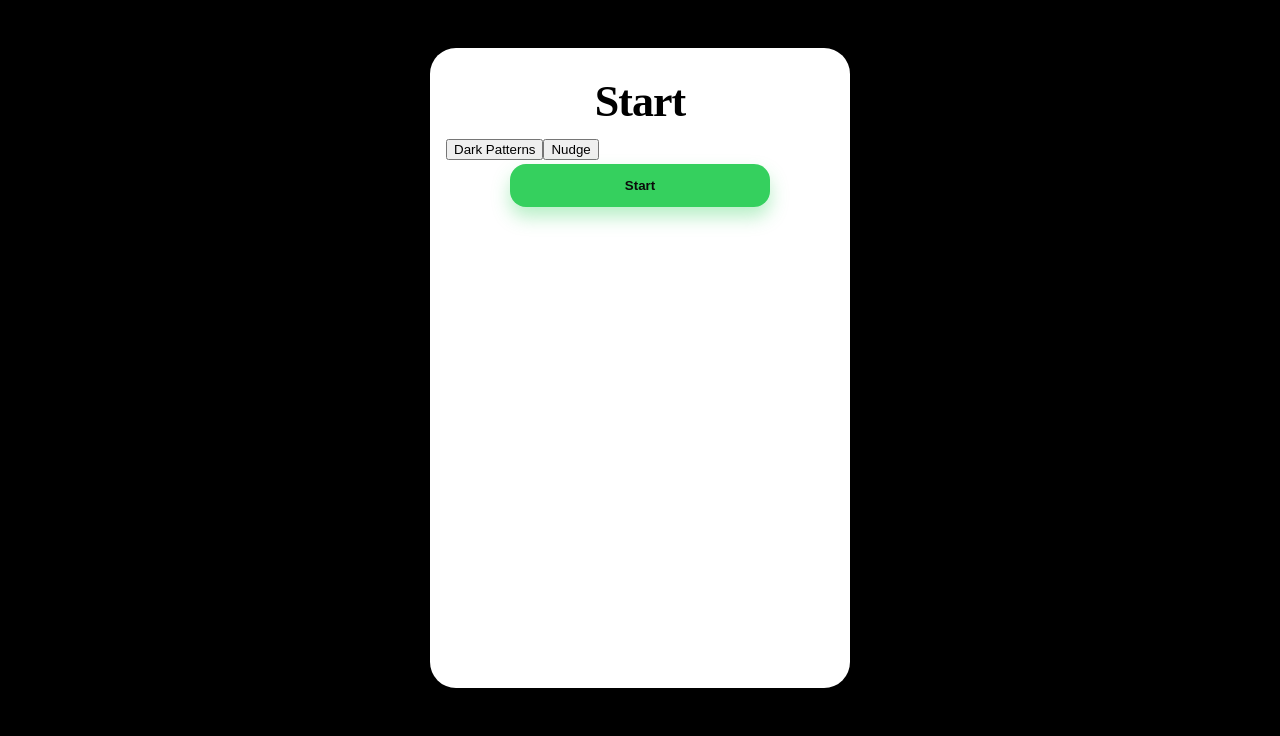
Repository: alexibri/ba_decision_study
Page: /
The author's editor kept a copy of each file at every save. The page is drawn from the files as they stood at one save, then again after a run of saves.
The browser window is 1280 px wide. The pictures show the whole page.
The page's requests for data from a server got no answer. The project was rebuilt for these pictures with package versions that can differ from the ones it lists, and the page was loaded fresh each time. No one was signed in, and anything a server would have sent is missing. Also part of the build but not shown: vite.config.js, src/scenarios/Scenario1/S1Dark1.jsx, src/scenarios/Scenario1/S1Nudge1.jsx, src/scenarios/Scenario1/S1Dark2.jsx, src/scenarios/Scenario1/S1Nudge2.jsx, src/scenarios/Scenario1/S1Transition.jsx, src/scenarios/Scenario2/S2Dark1.jsx, src/scenarios/Scenario2/S2Nudge1.jsx and 7 more.

Above is the page before, as saved 2026-02-07 15:43:37.

### index.html
<!doctype html>
<html lang="en">
  <head>
    <meta charset="UTF-8" />
    <link rel="icon" type="image/svg+xml" href="/vite.svg" />
    <meta name="viewport" content="width=device-width, initial-scale=1.0" />
    <title>ba_decision_study</title>
  </head>
  <body>
    <div id="root"></div>
    <script type="module" src="/src/main.jsx"></script>
  </body>
</html>

### src/main.jsx
import { StrictMode } from 'react'
import { createRoot } from 'react-dom/client'
import App from './App.jsx'
import {BrowserRouter} from "react-router-dom"
import React from "react";
import ReactDOM from "react-dom/client"

createRoot(document.getElementById('root')).render(
  <StrictMode>
    <BrowserRouter>
      <App />
    </BrowserRouter>
  </StrictMode>,
)

### src/App.jsx
import supabase from './supabase-client'
import {Routes,Route, Navigate} from "react-router-dom"

import Start from './pages/Start'
import Scenario from './pages/Scenario'
import End from './pages/End'

function App() {
  return (
    <>
      <main className="main-content">
      <Routes>
        <Route path="/" element={<Start />}/>
        <Route path="/scenario/:sid/step/:stepid" element={<Scenario />}/>
        <Route path="/end" element={<End />}/>

        <Route path="*" element={<Navigate to="/" replace />} />
      </Routes>
      </main>
    </>
  )
}
export default App

### src/supabase-client.js
import {createClient} from '@supabase/supabase-js'

const supabaseUrl = import.meta.env.VITE_SUPABASE_URL
const supabaseKey = import.meta.env.VITE_SUPABASE_ANON_KEY

const supabase = createClient(supabaseUrl,supabaseKey);

export default supabase;

### src/pages/Start.jsx
import { useNavigate } from "react-router-dom";
import { setGroup } from "../lib/assignment";
import "../css/Start.css"
import { useState } from "react";

export default function Start () {
    const navigate = useNavigate();

    const createRun = async (designStrategy) => {
        const newRunData = {
            run_status:"started",
            design_strategy_id:designStrategy
        }
        const {data, error} = await supabase
        .from("run")
        .insert([newRunData])
        .select("run_id, run_token")
        .single();

        if(error) {
            console.log("Error adding run ", error);
            return null;
        }
        return data
    };

    const startDark = async () => {
        /*const run = await createRun(1);
        if (!run) return;

        localStorage.setItem("run_id",String(run.run_id))
        localStorage.setItem("run_token",run.run_token)*/

        setGroup("dark");
        navigate("/scenario/1/step/1")
    }

    const startNudge = async () => {
        /*const run = await createRun(2);
        if(!run) return

        localStorage.setItem("run_id",String(run.run_id))
        localStorage.setItem("run_token",run.run_token)*/

        setGroup("nudge");
        navigate("/scenario/1/step/1")
    }

    return(
        <div className="start fade-in">
            <div className="s1screen">
                <div className="s1card">
                    <h1>Start</h1>
            <div className="stack">
                <button className="button" onClick={startDark}>Dark Patterns</button>
                <button className="button" onClick={startNudge}>Nudge</button>

                <div className="s1buttonPopUp">
                    <button className="s1accept" onClick={() => navigate("/")}>
                        Start
                    </button>
                    </div>
            </div>
                </div>

            </div>
        </div>
    )
}

### src/lib/assignment.js
const KEY = "study_group"

export function setGroup(group) {
    localStorage.setItem(KEY,group)
}

export function getGroup(){
    return localStorage.getItem(KEY);
}

### src/css/Start.css
* { box-sizing: border-box; }

.s1screen{
  min-height: 100vh;
  background: #000;
  display: flex;
  justify-content: center;
  padding: 18px 14px;
}

.s1card{
  width: 100%;
  max-width: 420px;
  background: #fff;
  border-radius: 26px;
  padding: 18px 16px 16px;
  display: flex;
  flex-direction: column;
  gap: 12px;
}

.s1card h1{
  margin: 6px 0 4px;
  text-align: center;
  font-size: 44px;
  font-weight: 900;
  letter-spacing: -1px;
}

.innerCard{
  background: #efefef;
  border-radius: 28px;
  padding: 18px 18px 22px;
  display: flex;
  flex-direction: column;
  gap: 18px;
  min-height: 72vh;
}

.s1cardHeader{
  display: flex;
  align-items: center;
  gap: 14px;
  padding-top: 6px;
  font-weight: 800;
}


.s1cardHeader:first-child svg{
  background: #ddd;
  border-radius: 999px;
  padding: 10px;
  width: 56px;
  height: 56px;
}

.s1cardHeader h2{
  margin: 0;
  font-size: 20px;
  font-weight: 900;
  line-height: 1.1;
}

.s1cardHeader p{
  display: none;
}

.question{
    font-weight: 900;
    font-size: 25px;
}

.accountRow{
  display: flex;
  flex-direction: column;
  gap: 4px;
}

.accountRow .label{
  font-size: 20px;
  font-weight: 900;
}

.accountRow .value{
  font-size: 22px;
  font-weight: 900;
}

.infoBlock{
  display: flex;
  flex-direction: column;
  gap: 4px;
  font-weight: 900;
}

.infoBlock .label{
  font-size: 20px;
}

.infoBlock .value{
  font-size: 22px;
}

.s1button{
  margin-top: auto;
  display: flex;
  flex-direction:row;
  gap: 12px;
}

.s1buttonPopUp{
  display: flex;
  flex-direction:row;
  gap: 12px;
  padding: 1%;
  align-items: center;
  justify-content: center;
}

.s1button button{
  width: 100%;
  border: none;
  border-radius: 999px;
  padding: 14px 18px;
  font-size: 18px;
  font-weight: 900;
  cursor: pointer;
}

.btnSecondary{
  background: #6f6f6f;
  color: #fff;
}

.s1accept{
  background: #35d05e;
  color: #0b0b0b;
  box-shadow: 0 10px 18px rgba(53, 208, 94, 0.28);
}

.s1accept:active,
.btnSecondary:active{
  transform: translateY(1px);
}

.popUp{
    background: lightgray;
    flex: 1;
    border-radius: 26px;
    padding: 5%;

    display: flex;
    flex-direction: column;
    gap: 12px;

}

@media (min-width: 900px){
  .s1screen{ padding: 40px 16px; }
  .innerCard{ min-height: 640px; }
}

.fade-in{
  animation: fadeIn 440ms ease-out both;
}

@keyframes fadeIn{
  from{
    transform: translateY(1px);
  }
  to{
    transform: translateY(0);
  }
}

### src/css/scenario1.css
* { box-sizing: border-box; }

.s1screen{
  min-height: 100vh;
  outline: 10px solid black;
  background: #000000;

  display: flex;
  flex-direction: column;
  align-items: center;
}

.s1screen h1{
  margin: 10px 0 0;
}

.s1card{
  width: 100%;
  max-width: 420px;
  background: #fff;
  border-radius: 26px;
  padding: 18px 16px 16px;
  display: flex;
  flex-direction: column;
  gap: 12px;
}

.s1cardInner{
  width: 100%;
  background: #35d05e;
  display: flex;
}

.s1cardHeader{
  display: flex;
  justify-content: center;
  padding-bottom: 3%;
  padding-top: 5%;
  font-weight:bold;
}

.s1subtitle{
  margin: 0;
  font-size: 22px;
}
.s1transitionSubtitle{
  font-size: 40px;
}

.s1button{
  display: flex;
  justify-content: center;
}

.s1accept{
  width: 70%;
  max-width: 260px;
  padding: 14px 18px;
  border: none;
  border-radius: 16px;
  background: #35d05e;
  /*color: #0b0b0b;*/
  color:
  font-size: 22px;
  font-weight: 900;
  cursor: pointer;
  box-shadow: 0 10px 18px rgba(53, 208, 94, 0.35);
}

.s1accept:active{
  transform: translateY(1px);
}

.s1scroll{
  flex: 1;
  overflow: auto;
  font-size: 12px;
  line-height: 1.45;
  color: #2c2c2c;
  padding-right: 6px;
}

.s1scroll::-webkit-scrollbar{ width: 8px; }
.s1scroll::-webkit-scrollbar-thumb{ background:#cfcfcf; border-radius:999px; }
.s1scroll::-webkit-scrollbar-track{ background: transparent; }

.s1buttons{
  display: flex;
  justify-content: center;
  margin-top: 2px;
}

.s1termsAndConditions{
  align-self: flex-start;
  border: none;
  background: transparent;
  color: #4b4b4b;
  font-size: 12px;
  font-weight: 600;
  cursor: pointer;
  padding: 6px 8px;
  opacity: 0.85;
}

.s1termsAndConditions:hover{
  opacity: 1;
  text-decoration: underline;
}

.s1decline{
  align-self: flex-start;
  border: none;
  background: transparent;
  color: #4b4b4b;
  font-size: 9px;
  font-weight: 600;
  cursor: pointer;
  padding: 6px 8px;
  opacity: 0.85;
}

.s1accept:focus-visible,
.s1termsAndConditions:focus-visible,
.s1decline:focus-visible{
  outline: 3px solid rgba(0,0,0,0.35);
  outline-offset: 3px;
}

@media (min-width: 900px){
  .s1screen{
    padding: 40px 16px;
  }
  .s1card{
    min-height: 640px;
  }
}

.fade-in{
  animation: fadeIn 440ms ease-out both;
}

@keyframes fadeIn{
  from{
    transform: translateY(1px);
  }
  to{
    transform: translateY(0);
  }
}

### src/css/scenario2.css
* { box-sizing: border-box; }

.s2screen{
  min-height: 100vh;
  outline: 10px solid black;
  background: #000000;

  display: flex;
  flex-direction: column;
  align-items: center;
}

.s2card{
  width: 100%;
  max-width: 420px;
  background: #fff;
  border-radius: 26px;
  padding: 18px 16px 16px;
  display: flex;
  flex-direction: column;
  gap: 12px;
}

.s2card h1{
  margin: 6px 0 4px;
  text-align: center;
  font-size: 44px;
  font-weight: 900;
  letter-spacing: -1px;
}


.s2cardInner{
  width: 100%;
  background: #35d05e;
  display: flex;
}

.s2cardHeader{
  display: flex;
  justify-content: center;
  padding-bottom: 3%;
  padding-top: 5%;
  font-weight:bold;
}

.s2cardStack {
    display: flex;
    flex-direction: column;
    gap: 25px;
    padding: 10%;
    align-items: center;
}

.s2subtitle{
  margin: 0;
  font-size: 10px;
}
.s2transitionSubtitle{
  font-size: 40px;
}

.s2button{
  display: flex;
  justify-content: center;
  padding: 2%;
}

.s2accept{
  width: 70%;
  max-width: 260px;
  padding: 14px 18px;
  border: none;
  border-radius: 16px;
  background: #35d05e;
  color: #0b0b0b;
  font-size: 22px;
  font-weight: 900;
  cursor: pointer;
  box-shadow: 0 10px 18px rgba(53, 208, 94, 0.35);
}

.s2accept:active{
  transform: translateY(1px);
}

.s2scroll{
  flex: 1;
  overflow: auto;
  font-size: 12px;
  line-height: 1.45;
  color: #2c2c2c;
  padding-right: 6px;
}

.s2scroll::-webkit-scrollbar{ width: 8px; }
.s2scroll::-webkit-scrollbar-thumb{ background:#cfcfcf; border-radius:999px; }
.s2scroll::-webkit-scrollbar-track{ background: transparent; }

.s2buttons{
  display: flex;
  justify-content: center;
  margin-top: 2px;
}

.s2decline{
  align-self: flex-start;
  border: none;
  background: transparent;
  color: #4b4b4b;
  font-size: 9px;
  font-weight: 600;
  cursor: pointer;
  padding: 6px 8px;
  opacity: 0.85;
}

.s2accept:focus-visible,
.s2termsAndConditions:focus-visible,
.s2decline:focus-visible{
  outline: 3px solid rgba(0,0,0,0.35);
  outline-offset: 3px;
}

@media (min-width: 900px){
  .s2screen{
    padding: 40px 16px;
  }
  .s2card{
    min-height: 640px;
  }
}

.fade-in{
  animation: fadeIn 440ms ease-out both;
}

@keyframes fadeIn{
  from{
    transform: translateY(1px);
  }
  to{
    transform: translateY(0);
  }
}

### src/css/scenario3.css
* { box-sizing: border-box; }

.s3screen{
  outline: 10px solid black;
  min-height: 100vh;
  background: #000;
  display: flex;
  justify-content: center;
  padding: 18px 14px;
}

.s3card{
  width: 100%;
  max-width: 420px;
  background: #fff;
  border-radius: 26px;
  padding: 18px 16px 16px;
  display: flex;
  flex-direction: column;
  gap: 12px;
}

.s3card h1{
  margin: 6px 0 4px;
  text-align: center;
  font-size: 44px;
  font-weight: 900;
  letter-spacing: -1px;
}

.s3innerCard{
  background: #efefef;
  border-radius: 28px;
  padding: 18px 18px 22px;
  display: flex;
  flex-direction: column;
  gap: 18px;
  min-height: 72vh;
}

.s3cardHeader{
  display: flex;
  align-items: center;
  gap: 14px;
  padding-top: 6px;
  font-weight: 800;
}

.s3cardHeader:first-child svg{
  background: #ddd;
  border-radius: 999px;
  padding: 10px;
  width: 56px;
  height: 56px;
}

.s3cardHeader h2{
  margin: 0;
  font-size: 20px;
  font-weight: 900;
  line-height: 1.1;
}

.s3cardHeader p{
  display: none;
}


.s3question{
    font-weight: 900;
    font-size: 25px;
}

.s3accountRow{
  display: flex;
  flex-direction: column;
  gap: 4px;
}

.s3accountRow .label{
  font-size: 20px;
  font-weight: 900;
}

.s3accountRow .value{
  font-size: 22px;
  font-weight: 900;
}

.s3infoBlock{
  display: flex;
  flex-direction: column;
  gap: 4px;
  font-weight: 900;
}

.s3infoBlock .label{
  font-size: 20px;
}

.s3infoBlock .value{
  font-size: 22px;
}

.s3button{
  margin-top: auto;
  display: flex;
  flex-direction:row;
  gap: 12px;
}

.s3buttonPopUp{
  display: flex;
  flex-direction:row;
  gap: 12px;
  padding: 1%;
  align-items: center;
  justify-content: center;
}

.s3buttonPopUp button,
.s3button button{
  width: 100%;
  border: none;
  border-radius: 999px;
  padding: 14px 18px;
  font-size: 18px;
  font-weight: 900;
  cursor: pointer;
}

.s3btnSecondary{
  background: #6f6f6f;
  color: #fff;
}

.s3accept{
  background: #35d05e;
  color: #0b0b0b;
  box-shadow: 0 10px 18px rgba(53, 208, 94, 0.28);
}

.s3accept:active,
.s3btnSecondary:active{
  transform: translateY(1px);
}

.s3popUp{
    background: lightgray;
    flex: 1;
    border-radius: 26px;
    padding: 5%;

    display: flex;
    flex-direction: column;
    gap: 12px;

}

@media (min-width: 900px){
  .s3screen{ padding: 40px 16px; }
  .s3innerCard{ min-height: 640px; }
}

.fade-in{
  animation: fadeIn 440ms ease-out both;
}

@keyframes fadeIn{
  from{
    transform: translateY(1px);
  }
  to{
    transform: translateY(0);
  }
}

After the next 2 saves:
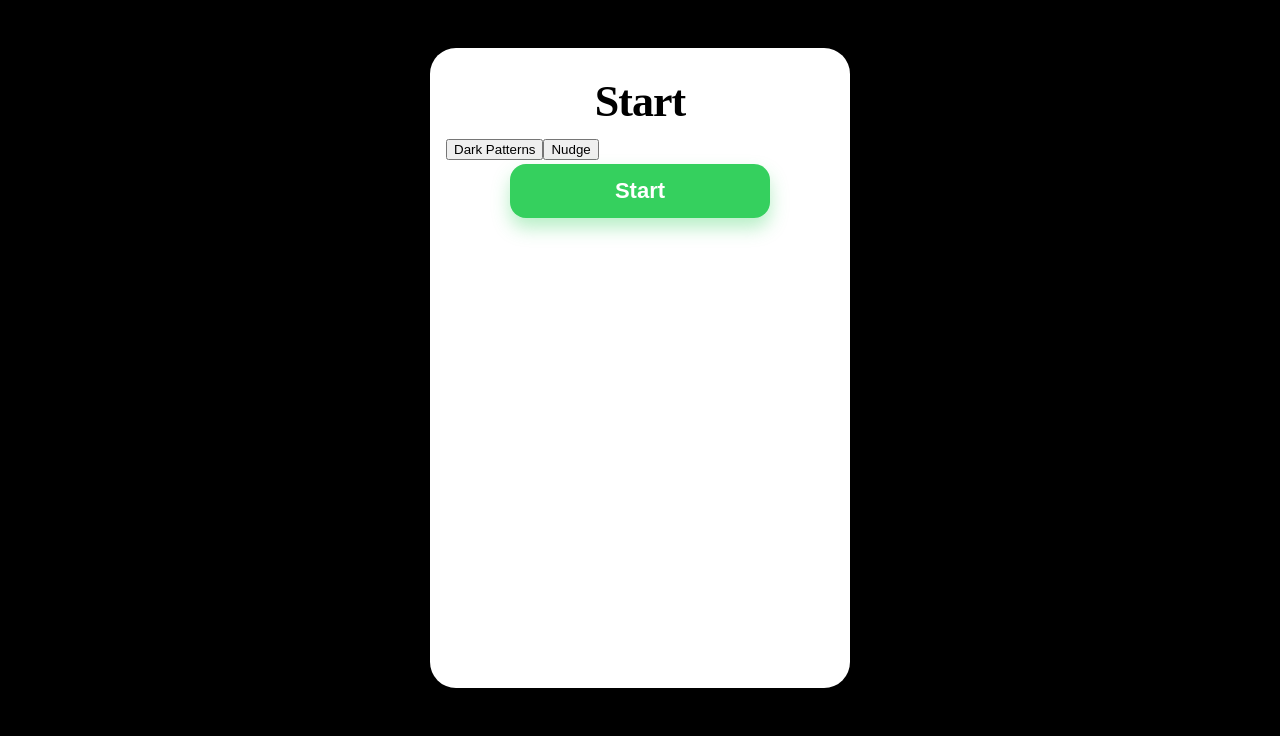
The 2 saves are shown as one change because they came seconds apart.
The last was saved 6 s later.
--- a/src/css/scenario1.css
+++ b/src/css/scenario1.css
@@ -60,7 +60,7 @@
   border-radius: 16px;
   background: #35d05e;
   /*color: #0b0b0b;*/
-  color:
+  color:#fff;
   font-size: 22px;
   font-weight: 900;
   cursor: pointer;
